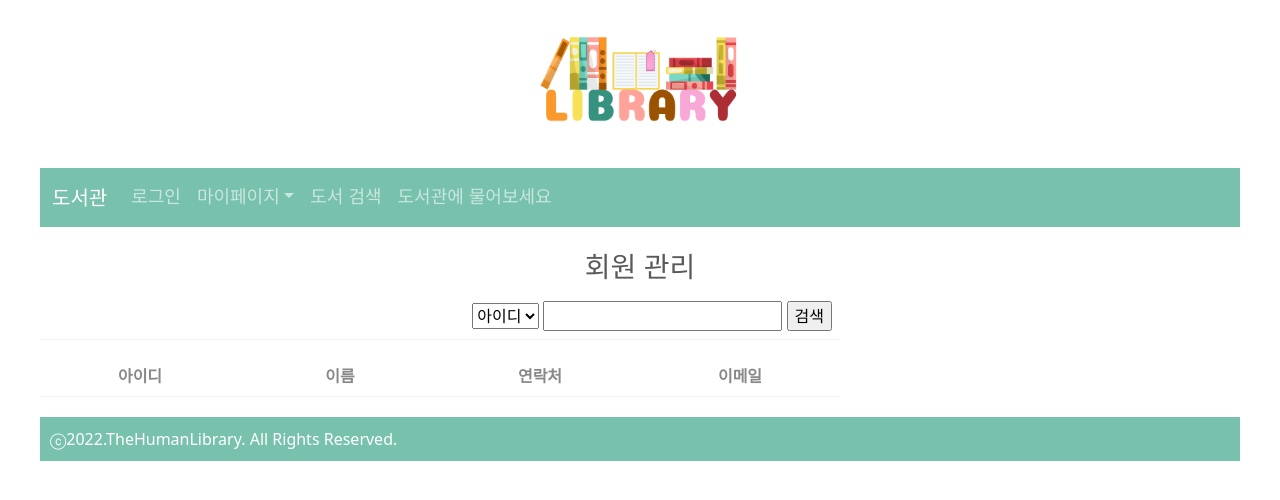
Repository: ahnbin00/Library
Page: http://localhost/BookRental/WEB-INF/book/manageMemberList.jsp
An editor plug-in stored every save of this project. The page is shown before and after the next save, followed by the edit.
The browser window is 1280 px wide. The pictures show the whole page.
Some web fonts or font styles are not loaded; a fallback is used. Some web libraries are served in a nearby version. The page is served by Tomcat 9. Nobody is signed in. The template is opened directly, without the code that normally fills it, so the values that code supplies are empty.

Above is the page before, as saved 2022-12-22 07:02:21.

After the next save:
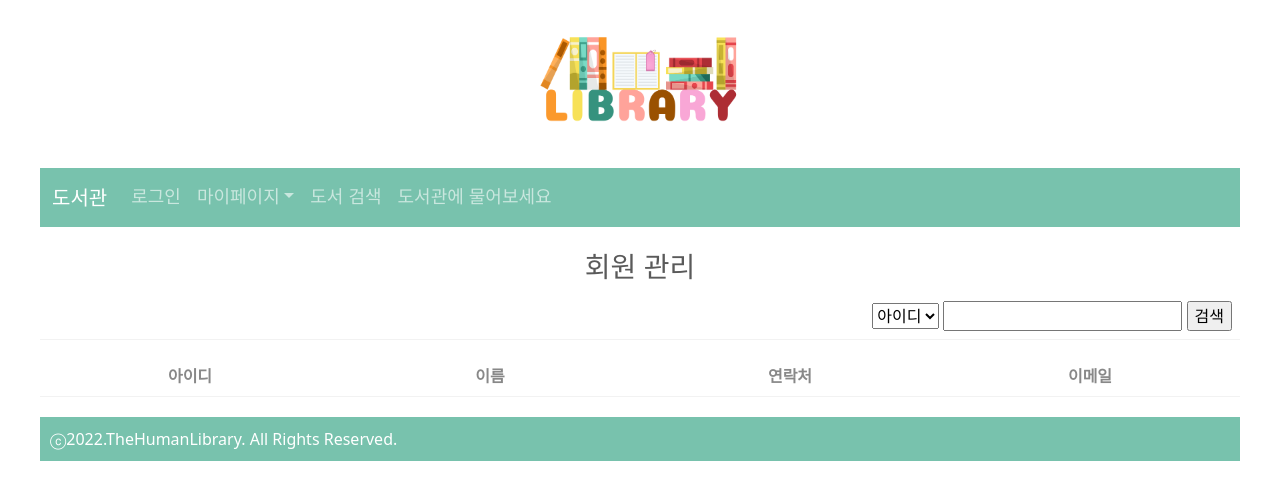
Saved 15 s later.
--- a/BookRental/src/main/webapp/WEB-INF/book/manageMemberList.jsp
+++ b/BookRental/src/main/webapp/WEB-INF/book/manageMemberList.jsp
@@ -29,7 +29,7 @@ th, td{
 
 	<!-- 검색 시작 -->
 	<form action="getMemberList.do">
-		<table class="table" style="width:800px;">
+		<table class="table">
 			<tr>
 				<td align="right">
 					<select name="searchCondition">
@@ -44,7 +44,7 @@ th, td{
 	</form>
 
 	<!-- 목록 출력 -->
-	<table class="table" style="width:800px;">
+	<table class="table">
 		<tr>
 			<th scope="row">아이디</th>
 			<th scope="row">이름</th>
